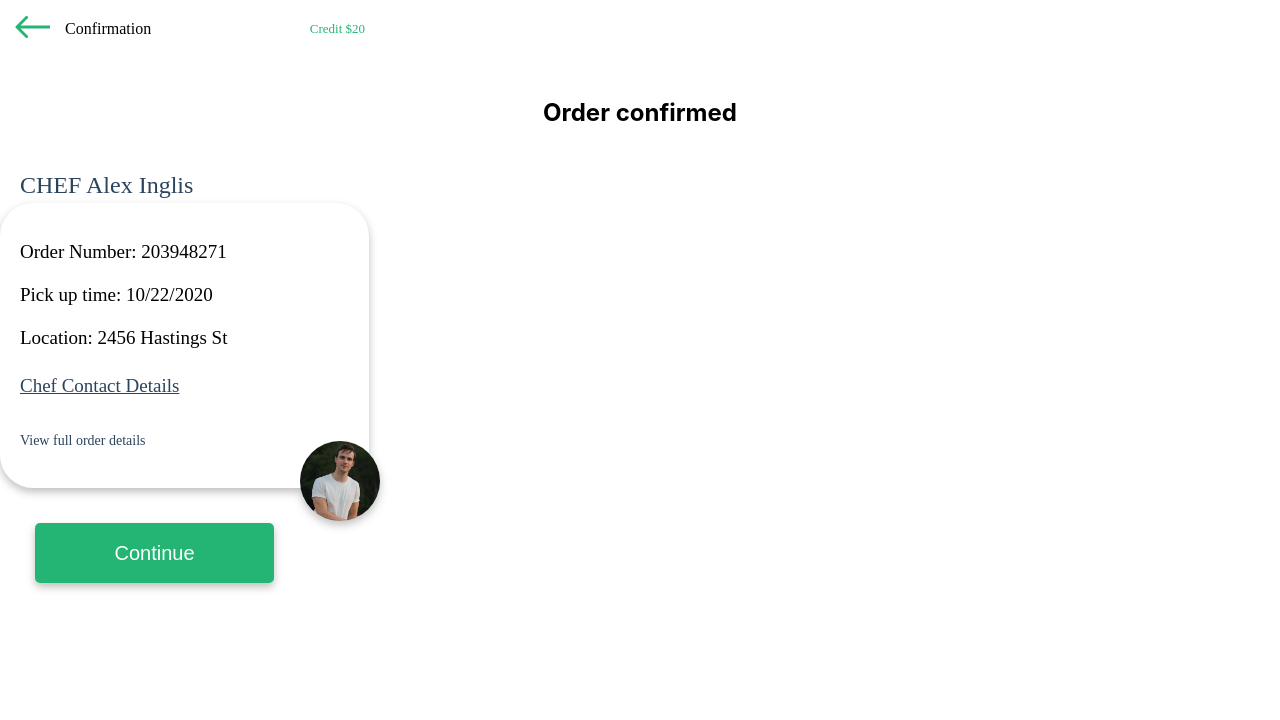
Repository: nguyenlejoe/HomeChef
Page: / (app in app/)
These files come from the project's save history. The page is drawn as it stood at one moment and after the next save; the edit follows.
The browser window is 1280 px wide. The pictures show the whole page.
The project was rebuilt for these pictures with package versions that can differ from the ones it lists, and the page was loaded fresh each time.

Above is the page before, as saved 2020-11-06 18:43:39.

### app/src/App.js
import React from 'react';
//import logo from './logo.svg';
//import './App.css';
import Pages from './pages/OrderConfirmation';

function App() {
  return (
    <Pages />
  );
}

export default App;

### app/src/pages/OrderConfirmation.js
import React from 'react';
import './OrderConfirmation.scss';
import Button from '../comps/MainButton';
import TopBar from '../comps/TopBar';
import OrderDetails from '../comps/OrderDetails';

export default function CheckoutPage() {
  return<div className="app">
       <div className="cart">
           <TopBar text="Confirmation"></TopBar>
       </div>
       <div className="OrderConfirmed">
            Order confirmed
        </div>
           <OrderDetails bgimg="none"></OrderDetails>

        <div className="ButtonBox">
            <Button text="Continue"></Button>
        </div>
    </div>
}

### app/src/pages/OrderConfirmation.scss
.app{
    width: 100vw;
    height:100vh;
    overflow-x: hidden;
    position: relative;
}

.OrderConfirmed{
    display: flex;
    justify-content: center;
    font-size: 24px;
    font-weight: bold;
    margin:40px 0;
}

// .button{
//     display: flex;
//     justify-content: center;
//     bottom: 50px;
//     position: absolute;
// }

.ButtonBox{
    margin: 35px;
    :nth-child(1){
        font-size: 20px;
    }
}

### app/src/comps/MainButton/index.js
import React from 'react';
import styled, {css} from 'styled-components';
import icon2 from '../../assets/DollarSign.png';

const ButtonContainer = styled.button`
    width: ${props =>props.width ? props.width : '239px'};
    height: ${props =>props.height ? props.height : '60px'};
    background-color: ${props =>props.bgcolor ? props.bgcolor : '#24B574'};
    border-radius: ${props =>props.radius ? props.radius : '5px'};
    display: flex;
    justify-content: center;
    align-items: center;
    filter: drop-shadow(0px 4px 4px rgba(0, 0, 0, 0.25));
    border:none;
`;

const ButtonText = styled.p`
    text-align: center;
    font-size: ${props =>props.fontSize ? props.fontSize : '15px'};;
    color:${props =>props.textColor ? props.textColor : '#FFFFFF'};
`;

const Icon = styled.div`
    ${() => css`
        background-image: url(${props =>props.icon1 ? props.icon1 : icon2});
        background-color:white;
        padding:10px;
        background-repeat: no-repeat;
        background-position: center;
        position:absolute;
        left: 0px;
        `}
    `;

const Button = ({text,textColor,bgcolor, width, height, radius, fontSize}) => {
    return <ButtonContainer bgcolor = {bgcolor} height={height} width={width} radius={radius}>
                <ButtonText fontSize={fontSize} textColor = {textColor}>{text}</ButtonText>
            </ButtonContainer>
}

ButtonText.defaultprops = {
    color:null,
}

export default Button;

### app/src/comps/TopBar/index.js
import React from 'react';
import styled from 'styled-components';


const TopBarContainer = styled.div`
   font-family: Poppins;
   display:flex;
   position:relative;
   align-items:center;
   width:350px;
   padding:15px;
`;

const LeftArrowImg = styled.div`
    margin-right:15px;
`;

const TopLeftText = styled.div`
    display:flex;

`;

const CreditText = styled.div`
   color:#24B574;
   font-size:13px;
   position:absolute;
   right:15px;
`;


const TopBar = ({text}) => {

    return <TopBarContainer>
            <LeftArrowImg><img src='/leftarrow.png' /></LeftArrowImg>
            <TopLeftText>{text}</TopLeftText>
            <CreditText>Credit $20</CreditText>
        </TopBarContainer>
}

TopBar.defaultProps = {

}

export default TopBar;

### app/src/comps/OrderDetails/index.js
import React from 'react';
import styled, {css} from 'styled-components';
import Avatar from '../Avatar';

const DetailsContainer = styled.div`
  display:flex;
  flex-direction:column;

`;

const Chefname = styled.div`
font-family: Poppins;
font-style: normal;
font-weight: 500;
font-size: 24px;
line-height: 36px;
color: #2B445E;
left:20px;
position:relative;
`

const DetailsRectangle = styled.div`
background-color: #FFFFFF;
filter: drop-shadow(0px 4px 4px rgba(0, 0, 0, 0.25));
height: 285px;
width: 369px;
left: 0px;
top: 37px;
border-radius: 33px;
flex-direction:column;
`

const OrderNumber = styled.div`
font-family: Poppins;
margin-top:15px;
margin-bottom:15px;
font-weight: 500;
font-size: 19px;
line-height: 28px;
color: #000000;
`

const Pickuptxt = styled.div`
font-family: Poppins;
margin-top:15px;
margin-bottom:15px;
font-weight: 500;
font-size: 19px;
line-height: 28px;
color: #000000;
`

const Location = styled.div`
font-family: Poppins;
margin-top:15px;
margin-bottom:15px;
font-weight: 500;
font-size: 19px;
line-height: 28px;
color: #000000;
`
const Contact = styled.div`
font-family: Poppins;
margin-top:20px;
margin-bottom:10px;
font-weight: 500;
font-size: 19px;
line-height: 28px;
color: #2B445E;
text-decoration:underline;
cursor:pointer;
`
const FullDetails = styled.div`
font-family: Poppins;
margin-top:30px;
margin-bottom:10px;
font-weight: 500;
font-size: 14px;
line-height: 21px;
color: #2B445E;
cursor:pointer;
`
const Detailstxtboxs = styled.div`
position: relative;
left:20px;
top:20px;

`

const Photocont = styled.div`
z-index:1;
position:relative;
left:300px;
size:105px;
`






const OrderDetails = ({Chef, OrderNum, Pickupdate, Locationtxt, profileimg}) => {

    return <DetailsContainer>
        <Chefname> {Chef} </Chefname>
        <DetailsRectangle>
            <Detailstxtboxs>
            <OrderNumber>Order Number: {OrderNum}</OrderNumber>
            <Pickuptxt>Pick up time: {Pickupdate} </Pickuptxt>
            <Location>Location: {Locationtxt} </Location>
            <Contact>Chef Contact Details</Contact>
            <FullDetails>View full order details</FullDetails>
            </Detailstxtboxs>
            <Photocont>
            <Avatar bgimg={profileimg}></Avatar>
            </Photocont>

        </DetailsRectangle>
    </DetailsContainer>

}

OrderDetails.defaultProps = {

    Chef:"CHEF Alex Inglis",
    OrderNum: "203948271",
    Pickupdate:"10/22/2020",
    Locationtxt:"2456 Hastings St"

}

export default OrderDetails;

### app/src/comps/Avatar/index.js
import React from 'react';
import styled from 'styled-components';

const AvatarContainer = styled.div`
width:80px;
height:80px;
`;

const AvatarImg = styled.div`
min-width:100%;
min-height:100%;
background-image:url(${props=>props.bgimg ? props.bgimg : "none"});
background-size:cover;
border-radius:100px;

`;

const Avatar = ({bgimg}) =>{
    return <AvatarContainer>
        <AvatarImg bgimg={bgimg}></AvatarImg>
    </AvatarContainer>
}

Avatar.defaultProps = {
    bgimg : "./alex.jpg"
}

export default Avatar;

### app/src/pages/CreateAccount.js
import React from 'react';
import './CreateAccount.scss';
import SignUp from '../comps/SignUp';
import Button from '../comps/MainButton';
import CreateAccount from '../comps/CreateAccount';



export default function CreateAccountPage() {
  return<div className="app">
        <div className="LogoBox">
        <h1>Create an account for</h1>
        <CreateAccount></CreateAccount>
        </div>



        <div className="InputBox">
        <div className="input">
        <SignUp text="First Name"></SignUp>
        </div>
        <div className="input">
        <SignUp text="Last Name"></SignUp>
        </div>
        <div className="input">
        <SignUp text="Email Address"></SignUp>
        </div>
        <div className="input">
        <SignUp text="Phone Number"></SignUp>
        </div>
        <div className="input">
        <SignUp text="Date of Birth"></SignUp>
        </div>



        <div className="ButtonBox">
        <Button text="Proceed"></Button>
        </div>
     </div>

    </div>

}

### app/src/pages/CreateAccount.scss
.app{
    width: 100vw;
    height:100vh;
    background-color: #24B574;
}

.InputBox{
    height:60%;
    background: #FFFFFF;
    box-shadow: 0px -9px 18px rgba(0, 0, 0, 0.25);
    border-radius: 25px 25px 0px 0px;
    display: flex;
    flex-direction: column;
    align-items: center;
    justify-content: center;

    a{
        margin: 30px;
        color: #2B445E;
    }
}

.LogoBox{
    flex-direction: column;
    display: flex;
    align-items: center;
    justify-content: center;
    height: 40%;
    h1{
        color: white;
        font-size: 24px;
    }

}

.input{
    margin: 12px;
    :nth-child(1){
        font-size: 20px;
    }
}

.ButtonBox{
    margin: 35px;
    :nth-child(1){
        font-size: 20px;
    }
}

### app/src/comps/SignUp/index.js
import React from 'react';
import styled from 'styled-components';

const SignUpCont = styled.div`
    display: inline-flex;
    flex-direction: column;
    margin-top: 15px;
`;


const SignUpForm = styled.input`
    // width: ${props =>props.width ? props.width : '239px'};
    // height: ${props =>props.height ? props.height : '60px'};
    font-family: sans-serif;
    ::placeholder{
        color: #B8B8B8;
    };
    outline: none;
    border: none;
    border-bottom: ${props =>props.border_bottom ? props.border_bottom : 'none'} solid #E0E0E0;
    border-radius: ${props =>props.radius ? props.radius : '0px'};
`;

const SignUp = ({text, PHtext=text, width, height, border, radius, border_bottom}) => {
    return <SignUpCont>
        <SignUpForm type="text" placeholder={PHtext} width={width} height={height} border={border} radius={radius} border_bottom= {border_bottom} ></SignUpForm>
    </SignUpCont>;
}
SignUp.defaultProps={
    border_bottom: '3px',
}
export default SignUp;

### app/src/comps/CreateAccount/index.js
import React from 'react';
import styled from 'styled-components';

const Accounts = styled.div`
    font-family: Poppins;
    display:flex;
    color:#FFF;
    background-color:#20B573;
`;

const Chef = styled.div`
    width:118px;
    height:190px;
    border-radius:31px;
    display:flex;
    flex-direction:column;
    align-items:center;
    justify-content:center;
    margin-right:40px;

    :hover{
        background-color:#209B64;

    }
`;

const Gourmet = styled.div`
    width:118px;
    height:190px;
    border-radius:31px;
    display:flex;
    flex-direction:column;
    align-items:center;
    justify-content:center;
    margin-right:40px;

    :hover{
        background-color:#209B64;

    }
`;

const ChefImg = styled.div`
    margin-bottom:10px;
`;

const GourmetImg = styled.div`
    margin-bottom:10px;
`;

const CreateAccount = ({cheftext, gourmettext}) => {

    return <Accounts>
            <Chef>
                <ChefImg><img src='/chef.png' /></ChefImg>
                Chef
            </Chef>
            <Gourmet>
                <GourmetImg><img src='/gourmet.png' /></GourmetImg>
                Gourmet
            </Gourmet>
        </Accounts>
}

CreateAccount.defaultProps = {

}

export default CreateAccount;

Loaded but not shown: app/public/index.html (common file); app/src/index.js (common file); app/src/index.css (common file); app/src/serviceWorker.js (common file)

After the next save:
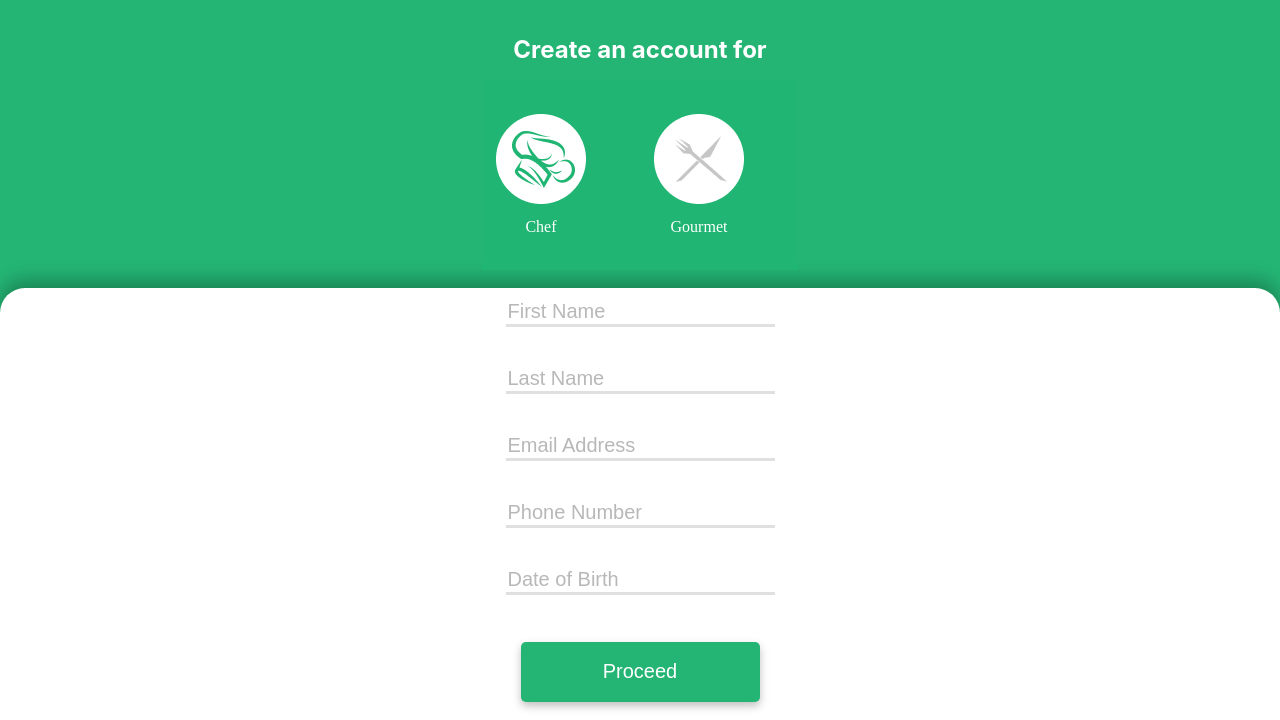
Saved 2 min 3 s later.
--- a/app/src/App.js
+++ b/app/src/App.js
@@ -1,7 +1,7 @@
 import React from 'react';
 //import logo from './logo.svg';
 //import './App.css';
-import Pages from './pages/OrderConfirmation';
+import Pages from './pages/CreateAccount';
 
 function App() {
   return (
